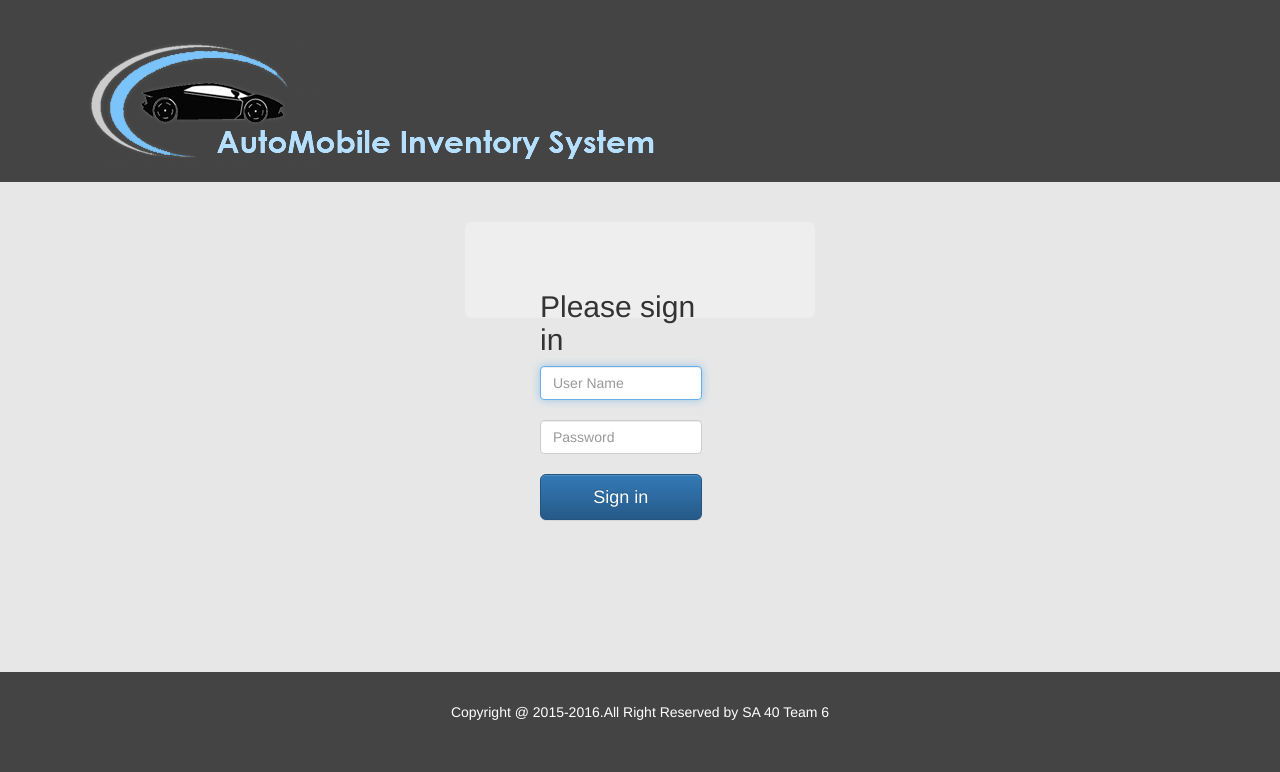
Repository: JiorMajor/InventorySystemWorkspace
Page: http://localhost/InventoryWebSA40Team6/ShowLogin
An editor plug-in stored every save of this project. The page is shown before and after the next save, followed by the edit.
The browser window is 1280 px wide. The pictures show the whole page.
The page is served by Tomcat 9.

Above is the page before, as saved 2015-06-12 17:46:32.

After the next save:
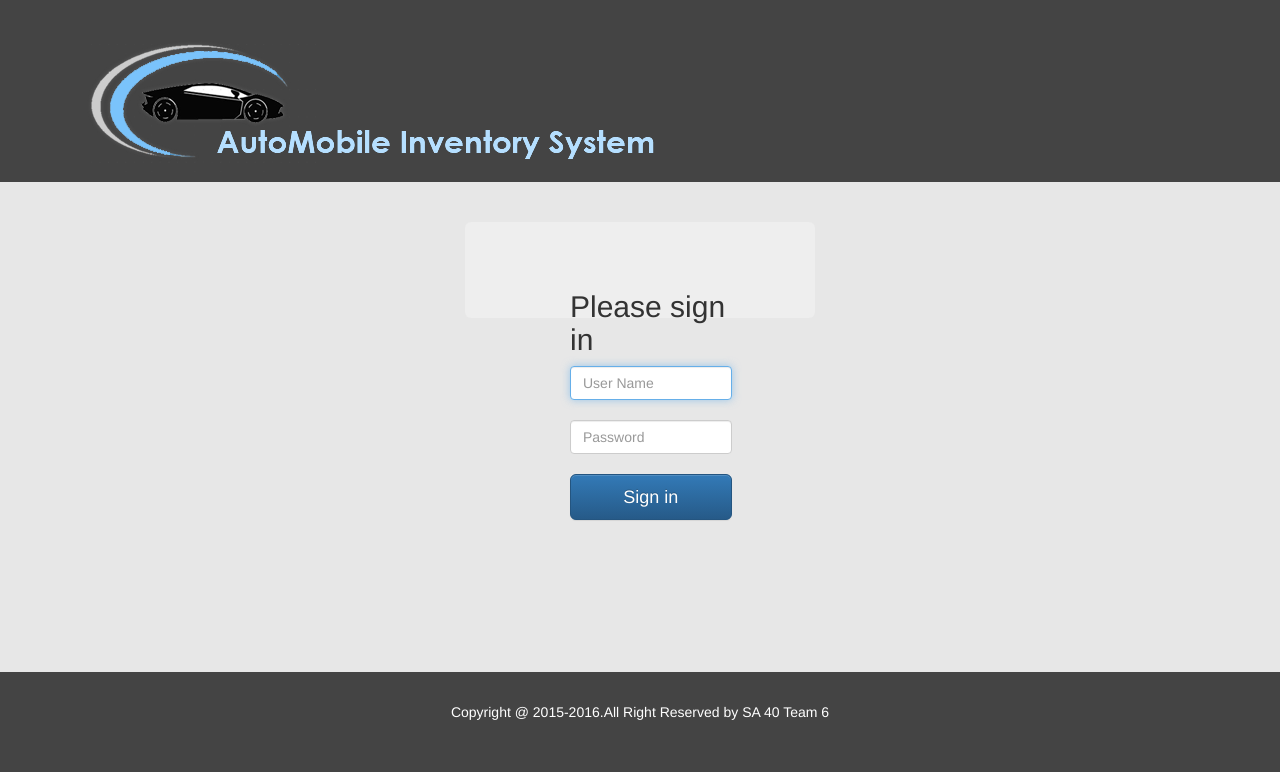
Saved 21 s later.
--- a/InventoryWebSA40Team6/WebContent/index.jsp
+++ b/InventoryWebSA40Team6/WebContent/index.jsp
@@ -38,8 +38,9 @@
 	  <div class="container">
 	  <div class="col-md-4 col-sm-4 col-xs-4"></div>
 	  <div class="col-md-4 col-sm-4 col-xs-4">
+	  <div class="jumbotron">
 	  <div class="col-md-1"></div>
-	  <div class="jumbotron">
+
 	  <div class="col-md-10">
       <form class="form-signin" action="/InventoryWebSA40Team6/ValidateLogin" method=post>
         <h2 class="form-signin-heading">Please sign in</h2>
